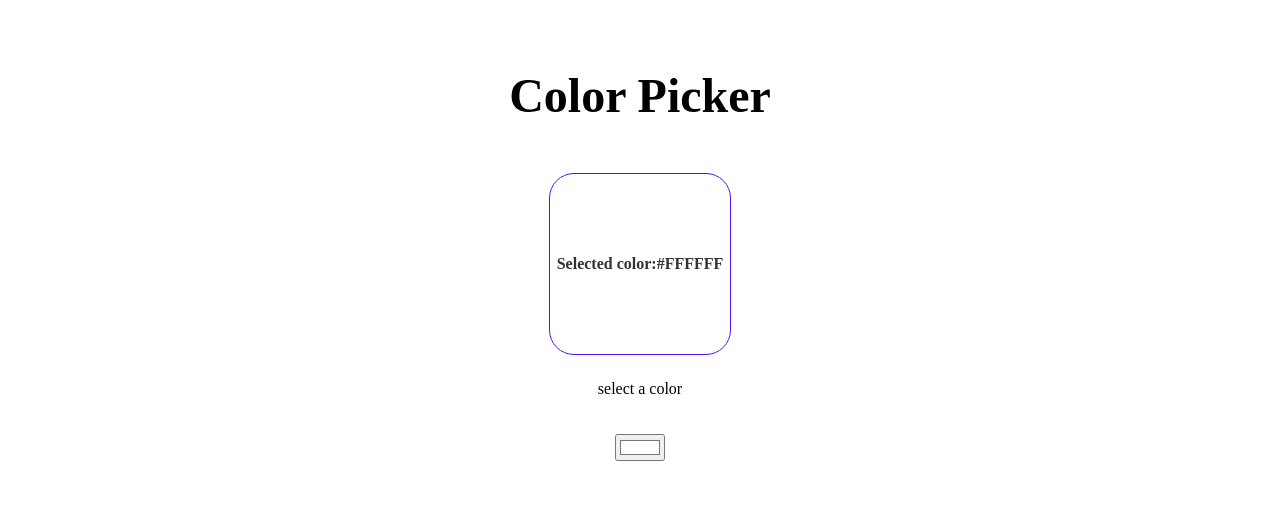
Repository: wakoya-tech/my-react-practice
Page: /
These files come from the project's save history. The page is drawn as it stood at one moment and after the next save; the edit follows.
The browser window is 1280 px wide. The pictures show the whole page.
The project was rebuilt for these pictures with package versions that can differ from the ones it lists, and the page was loaded fresh each time. Also part of the build but not shown: vite.config.js.

Above is the page before, as saved 2025-10-03 12:07:39.

After the next save:
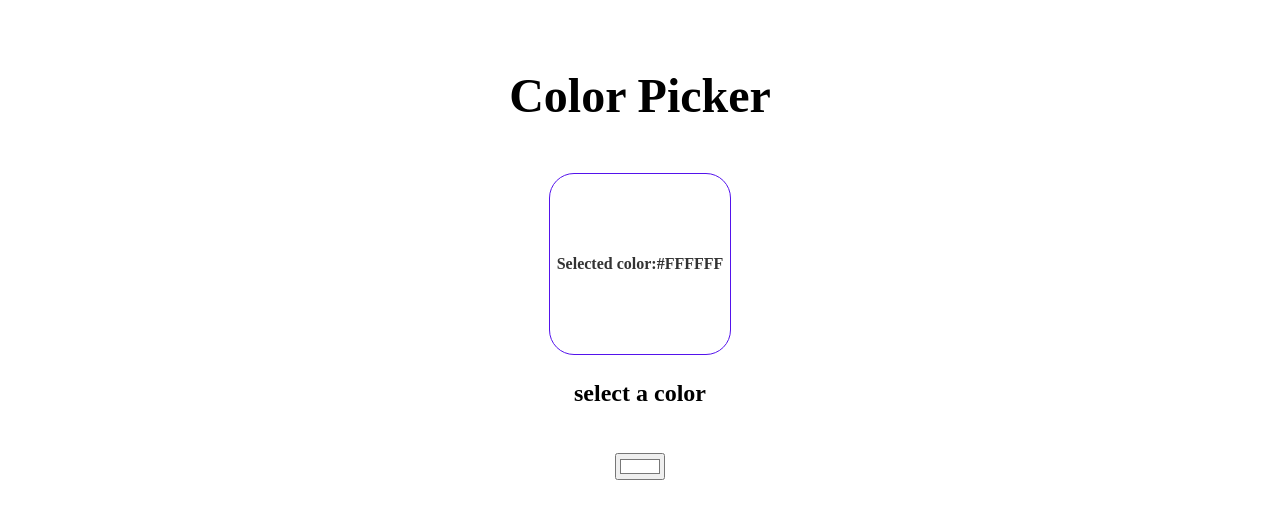
Saved 51 s later.
--- a/src/index.css
+++ b/src/index.css
@@ -31,3 +31,8 @@ transition: 0.25s ease;
   font-weight: bold;
   text-align: center;
 }
+label{
+  font-size: 1.5rem;
+  font-weight: bold;
+  margin-bottom: 10px;
+}
